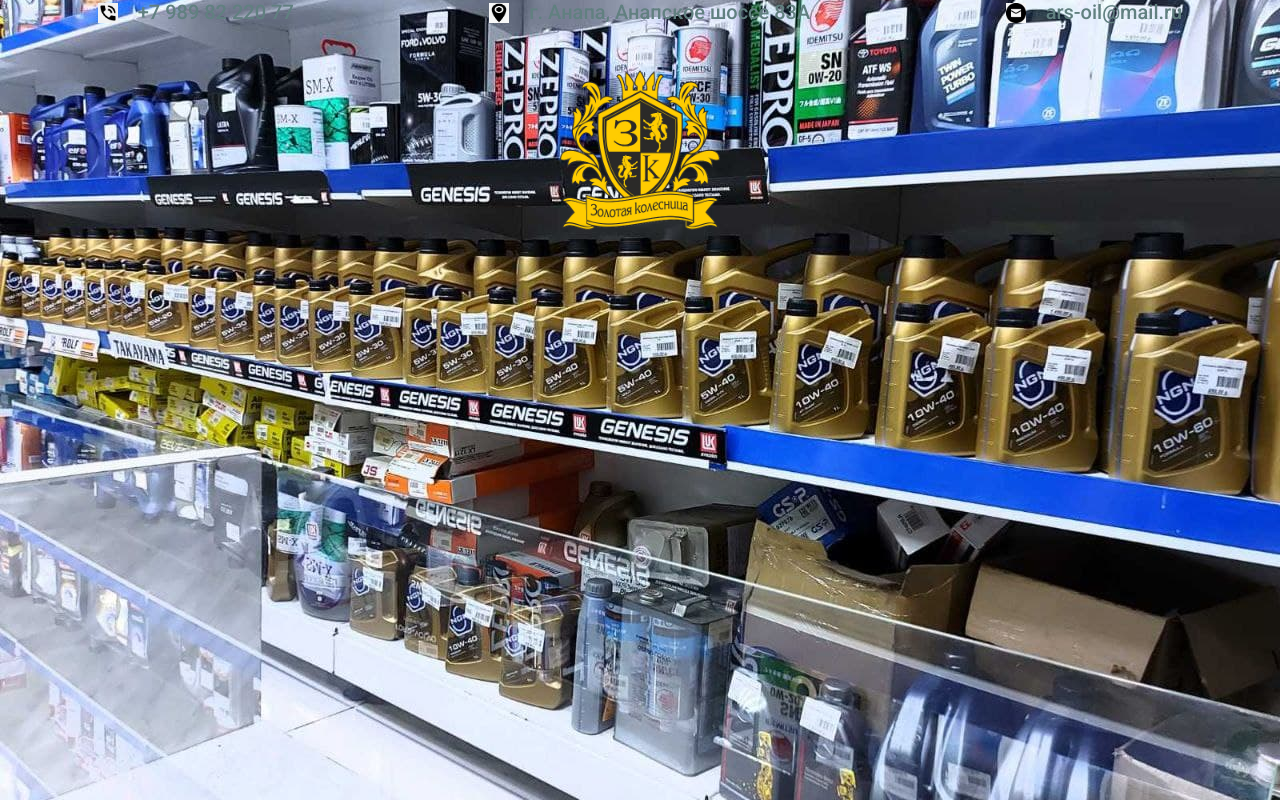
Repository: Vahe4836/new-project--Vahe
Page: /
These files come from the project's save history. The page is drawn as it stood at one moment and after a run of saves; the edit follows.
The browser window is 1280 px wide. The pictures show the whole page.
The project was rebuilt for these pictures with package versions that can differ from the ones it lists, and the page was loaded fresh each time.

Above is the page before, as saved 2022-02-25 14:50:24.

After the next 5 saves:
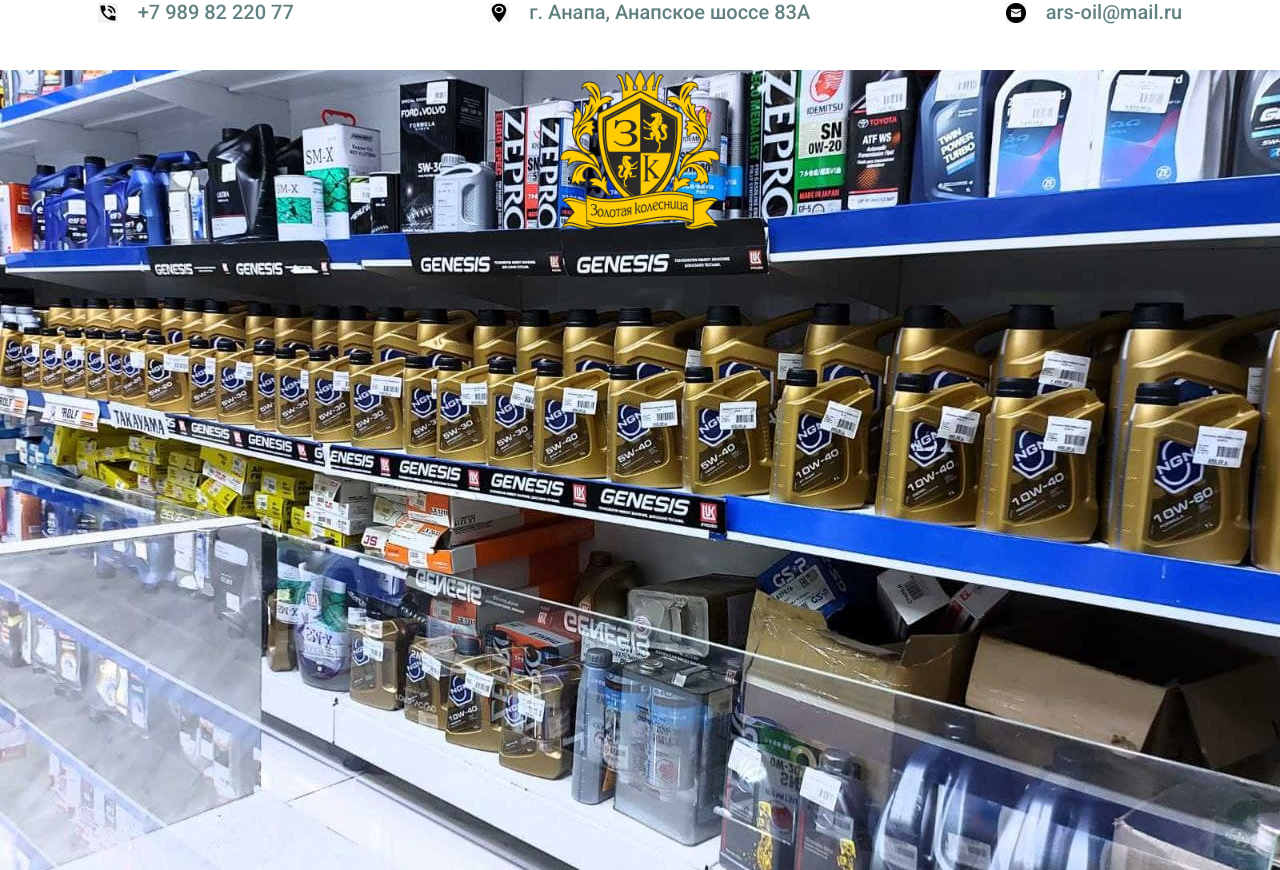
The 5 saves are shown as one change because they came seconds apart.
The last was saved 40 s later.
--- a/src/Layouts/Header/Header.jsx
+++ b/src/Layouts/Header/Header.jsx
@@ -3,35 +3,35 @@
 import geo from "../../Images/Geo.png";
 import mail from "../../Images/mail.jpg";
 import tel from "../../Images/Tel.png";
-import logo from "../../Images/logo.png"
+import logo from "../../Images/logo.png";
 
 export default function Header() {
   return (
-
+    <>
+      <div className={style.adressbox}>
+        <ul>
+          <li>
+            {" "}
+            <img src={tel} width={20} height={20} alt="" />{" "}
+            <p>+7 989 82 220 77</p>{" "}
+          </li>
+          <li>
+            {" "}
+            <img src={geo} width={20} height={20} alt="" />{" "}
+            <p>г. Анапа, Анапское шоссе 83А</p>{" "}
+          </li>
+          <li>
+            {" "}
+            <img src={mail} width={20} height={20} alt="" />{" "}
+            <p>ars-oil@mail.ru</p>{" "}
+          </li>
+        </ul>
+      </div>
       <div className={style.Main}>
-
-
-    <div className={style.adressbox}>
-      <ul>
-        <li>
-          {" "}
-          <img src={tel} width ={20} height = {20} alt="" /> <p>+7 989 82 220 77</p>{" "}
-        </li>
-        <li>
-          {" "}
-          <img src={geo} width ={20} height = {20} alt="" /> <p>г. Анапа, Анапское шоссе 83А</p>{" "}
-        </li>
-        <li>
-          {" "}
-          <img src={mail} width ={20} height = {20} alt="" /> <p>ars-oil@mail.ru</p> {" "}
-        </li>
-      </ul>
-    </div>
-
-    <div className={style.logo} >
-        <img src={logo} width={160} height={160} alt="" />
-    </div>
-    </div>
-
+        <div className={style.logo}>
+          <img src={logo} width={160} height={160} alt="" />
+        </div>
+      </div>
+    </>
   );
 }
